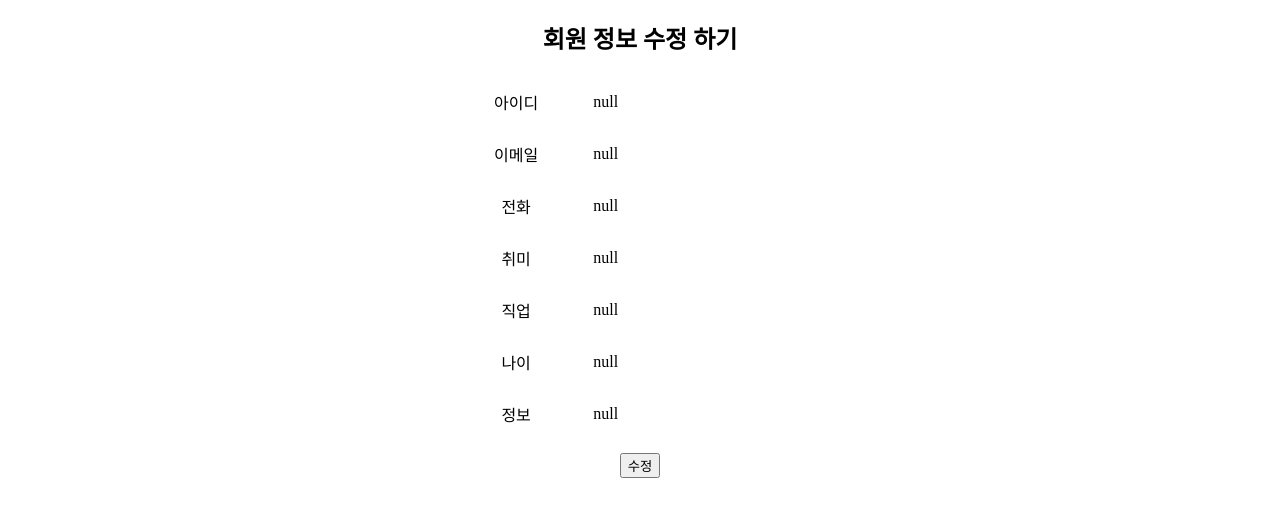
Repository: kdw1437/CreateBoardProject
Page: http://localhost/DataBase/MemberUpdateForm.jsp
The author's editor kept a copy of each file at every save. The page is drawn from the files as they stood at one save, then again after the next save.
The browser window is 1280 px wide. The pictures show the whole page.
The page is served by Tomcat 9. Queries for data that is not in the repository find no rows.

Above is the page before, as saved 2024-08-06 09:02:36.

After the next save:
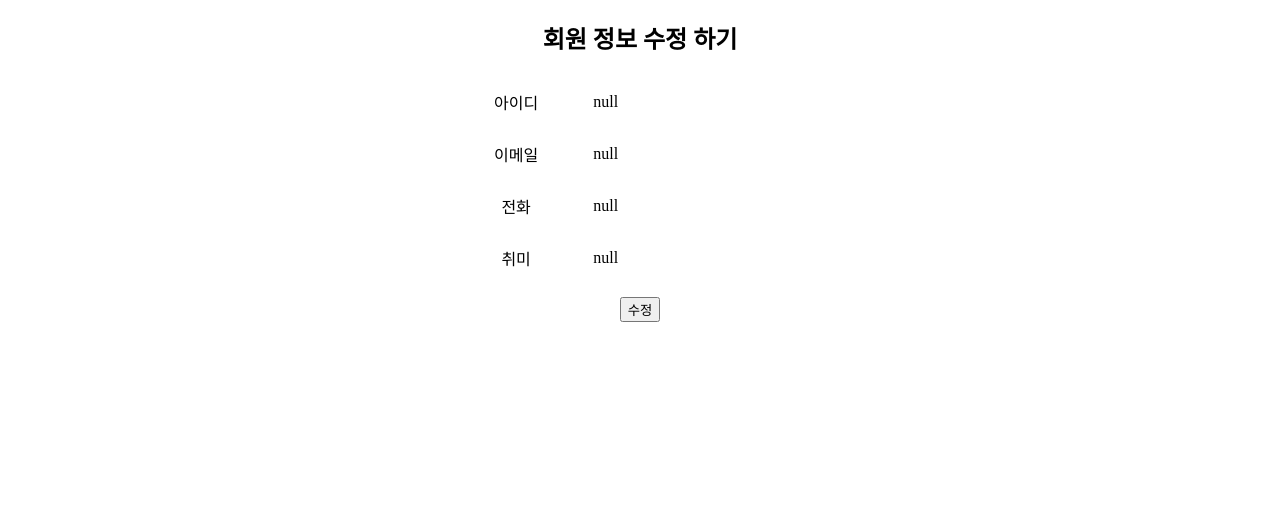
Saved 32 s later.
--- a/DataBase/src/main/webapp/MemberUpdateForm.jsp
+++ b/DataBase/src/main/webapp/MemberUpdateForm.jsp
@@ -36,18 +36,6 @@
 		<td width="250"> <%=mbean.getHobby() %> </td>
 	</tr>
 	<tr height="50">
-		<td align="center" width="150">직업</td>
-		<td width="250"> <%=mbean.getJob() %> </td>
-	</tr>
-	<tr height="50">
-		<td align="center" width="150">나이</td>
-		<td width="250"> <%=mbean.getAge() %> </td>
-	</tr>
-	<tr height="50">
-		<td align="center" width="150">정보</td>
-		<td width="250"> <%=mbean.getInfo() %> </td>
-	</tr>
-	<tr height="50">
 		<td align="center" colspan="2">
 		<button onclick="location.href='MemberUpdateForm.jsp?id=<%=mbean.getId()%>'">수정</button>
 		</td>
